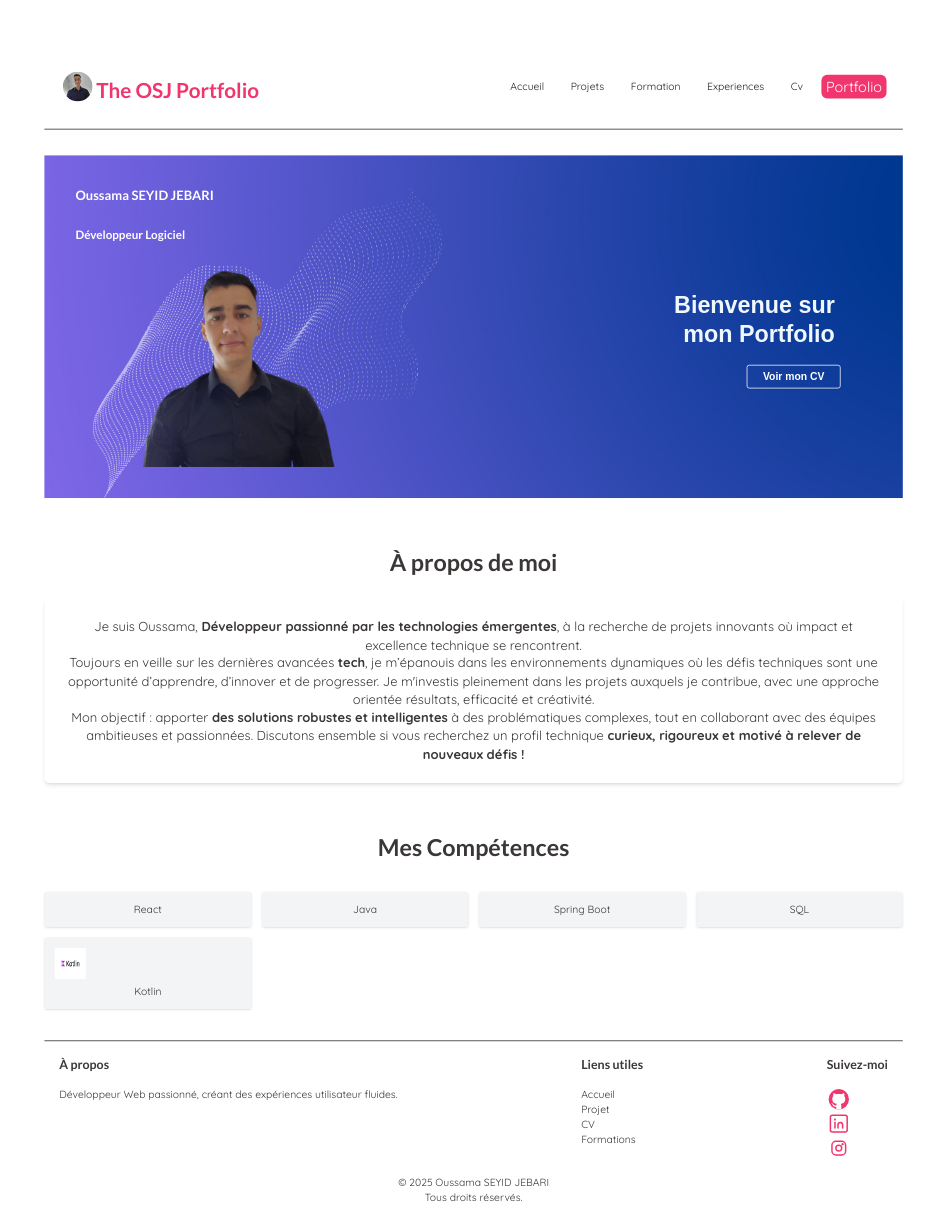
Repository: OussamSJ/Portfolio
Page: /
The author's editor kept a copy of each file at every save. The page is drawn from the files as they stood at one save, then again after the next save.
The browser window is 1280 px wide. The pictures show the whole page, at 74% of full size.
The project was rebuilt for these pictures with package versions that can differ from the ones it lists, and the page was loaded fresh each time. Also part of the build but not shown: src/BlogList.js, src/Cv.js, src/Expcomponent.js, src/Experiences.js, src/FormationComponent.js, src/Formation.js, src/projets/ProjetComponent.js, src/projets/Projet.js and 3 more.

Above is the page before, as saved 2025-07-23 12:55:21.

### public/index.html
<!DOCTYPE html>
<html lang="en">
  <head>
    <meta charset="utf-8" />
    <link rel="icon" href="%PUBLIC_URL%/Logo-Devloper.png" />
    <meta name="viewport" content="width=device-width, initial-scale=1" />
    <meta name="theme-color" content="#000000" />
    <meta
      name="description"
      content="Web site created using create-react-app"
    />
    <link rel="apple-touch-icon" href="%PUBLIC_URL%/logo192.png" />
    <!--
      manifest.json provides metadata used when your web app is installed on a
      user's mobile device or desktop. See https://developers.google.com/web/fundamentals/web-app-manifest/
    -->
    <link rel="manifest" href="%PUBLIC_URL%/manifest.json" />
    <!--
      Notice the use of %PUBLIC_URL% in the tags above.
      It will be replaced with the URL of the `public` folder during the build.
      Only files inside the `public` folder can be referenced from the HTML.

      Unlike "/favicon.ico" or "favicon.ico", "%PUBLIC_URL%/favicon.ico" will
      work correctly both with client-side routing and a non-root public URL.
      Learn how to configure a non-root public URL by running `npm run build`.
    -->
    <title>Portfolio App</title>
  </head>
  <body>
    <noscript>You need to enable JavaScript to run this app.</noscript>
    <div id="root"></div>
    <!--
      This HTML file is a template.
      If you open it directly in the browser, you will see an empty page.

      You can add webfonts, meta tags, or analytics to this file.
      The build step will place the bundled scripts into the <body> tag.

      To begin the development, run `npm start` or `yarn start`.
      To create a production bundle, use `npm run build` or `yarn build`.
    -->
  </body>
</html>

### src/index.js
import React from 'react';
import ReactDOM from 'react-dom/client';
import './index.css';
import App from './App';
import reportWebVitals from './reportWebVitals';
import 'semantic-ui-css/semantic.min.css'

const root = ReactDOM.createRoot(document.getElementById('root'));
root.render(
  <React.StrictMode>
    <App />
  </React.StrictMode>
);

// If you want to start measuring performance in your app, pass a function
// to log results (for example: reportWebVitals(console.log))
// or send to an analytics endpoint. Learn more: https://bit.ly/CRA-vitals
reportWebVitals();

### src/index.css
@import url('https://fonts.googleapis.com/css2?family=Quicksand:wght@300;400;500;600;700&display=swap');
@tailwind base;
@tailwind components;
@tailwind utilities;

/* base styles */
* {
  margin: 0;
  font-family: -apple-system, BlinkMacSystemFont, 'Segoe UI', 'Roboto', 'Oxygen',
    'Ubuntu', 'Cantarell', 'Fira Sans', 'Droid Sans', 'Helvetica Neue',
    sans-serif;
  -webkit-font-smoothing: antialiased;
  -moz-osx-font-smoothing: grayscale;
  font-family: "Quicksand";
  color: #3b3737;
}

code {
  font-family: source-code-pro, Menlo, Monaco, Consolas, 'Courier New',
    monospace;
}

.navbar {
  padding: 20px;
  display: flex;
  align-items: center;
  max-width: 1200px;
  margin: 0 auto;
  border-bottom: 1px solid #212020;

}

.navbar h1 {
  color: #f1356d;
}

.navbar .links {
  margin-left: auto;
}

.navbar a {
  margin-left: 16px;
  text-decoration: none;
  padding: 6px;
}

.navbar img {
  width: 40px;
  height: 40px;
  margin: 5px;
  object-fit: cover;
  /* remplit et rogne si besoin */
  border-radius: 50%;
  /* transforme le carré en cercle */
  display: block;
}

.navbar a:hover {
  color: #f1356d;
}


/* Responsive: cache les liens sur mobile */
.desktop-only {
  display: flex;
}

.mobile-toggle {
  display: none;
  margin-left: auto;
  cursor: pointer;
}

/* Responsive behavior */
/* Masque le menu desktop sur petits écrans */
@media (max-width: 768px) {
  .desktop-only {
    display: none !important;
  }

  .mobile-toggle {
    display: block !important;
    cursor: pointer;
  }
}


.content {
  max-width: 1200px;
  margin: 40px auto;
  padding: 20px;
}


.couverture {
  background-image:
    url("/public/couverture-portfolio.png");
  background-size: cover;
  /* couvre tout le conteneur sans déformation */
  background-position: center;
  /* centre l’image */
  background-repeat: no-repeat;
  /* pas de répétition */
  height: 100%;
  width: 100%;
  color: white;
  font-family: 'Orbitron', sans-serif;
  /* une police géométrique, proche de celle utilisée */
}



.couverture h1 {
  margin-top: 20px auto;
  margin-right: 50px;
  align-items: center;
  text-align: center;
  color: aliceblue;
  text-align: right;
  font-family: 'Agrandir Grand', sans-serif;
  /* une police futuriste */
}


.portfolio-footer {
  justify-content: space-between;
  display: flex;
  padding: 20px;
  border-top: 1px solid #212020;
}

.card-title {
  margin-bottom: 20px;

  padding: 0;
  font-size: 1.2rem;

}

.social-links a {
  list-style: none;
  all: unset;
  color: inherit;
  text-decoration: none;
  margin-left: auto;
  text-align: left;

}

.social-links img {
  width: 40%;
  height: 40%;
}


ul {
  list-style-type: none;
  padding: 0;
  margin: 0;

}

.social-links a:hover {
  color: #f1356d;
}

.footer-bottom {
  display: block;
  text-align: center;
}

ul li {
  text-align: left;

}



.not-found {
  justify-content: center;
  align-items: center;
  text-align: center;
  height: 50vh;
  margin-top: 200px;
  font-size: 3rem;
}


img-couverture {
  width: 100%;
  height: 100%;
  justify-content: flex-end;
  align-items: center;
  object-fit: fill;
  /* Remplit l'élément sans déformation */
  border-radius: 50%;
  /* Transforme le carré en cercle */
  display: flex;
}

### src/App.js
import React from 'react';
import { BrowserRouter, Routes, Route } from 'react-router-dom';
import Home from './Home';
import Navbar from './Navbar';
import Cv from './Cv';
import Footbar from './Footbar';
import Experiences from './Experiences';
import Formation from './Formation';
import ProjetDetail from './projets/ProjetDetail';
import Projet from './projets/Projet';
import Projet1 from './projets/Projet1';
import ProjetFootballPlayerSearch from './projets/ProjetFootballPlayerSearch';

function App() {
  return (
    <BrowserRouter>
      <div className="App">
        <div className='content'>
          <Routes>
            <Route path="/" element={<Home />} />
            <Route path="/cv" element={<Cv />} />
            <Route path="/experiences-professionnelle" element={<div ><Navbar /> <Experiences /><Footbar /></div>} />
            <Route path="/formation" element={<div ><Navbar /> <Formation /><Footbar /></div>} />
            <Route path="/projet" element={<div ><Navbar /> <Projet /><Footbar /></div>} />

           <Route path="/projet/:id" element={<div><Navbar /><ProjetDetail /><Footbar /></div>} />
            <Route path="*" element={
              <div >
                <Navbar />
                <h1 className='not-found' >Page introuvable</h1>
                <Footbar />
              </div>
            } />
          </Routes>
        </div>
      </div>
    </BrowserRouter>
  );
}

export default App;

### src/Home.js
import { useEffect, useState } from "react";

import BlogList from "./BlogList";
import Navbar from "./Navbar";
import Footbar from "./Footbar";


const Home = () => {
  const [blogs, setBlogs] = useState([
    { title: 'My new website', body: 'lorem ipsum...', author: 'mario', id: 1 },
    { title: 'Welcome party!', body: 'lorem ipsum...', author: 'yoshi', id: 2 },
    { title: 'Web dev top tips', body: 'lorem ipsum...', author: 'mario', id: 3 }
  ])

  const handleDelete = (id) => {
    const newBlogs = blogs.filter(blog => blog.id !== id);
    setBlogs(newBlogs);
  }


  useEffect(() => {
    console.log('use effect ran');
    console.log(blogs);
  })

  return (
    <div className="Home">
      <Navbar />
      {/* Couverture */}
      <div className="couverture flex items-center mt-10 justify-between text-white p-12 flex-wrap">

        {/* Partie gauche */}
        <div className="flex flex-col items-start space-y-4 max-w-md w-max h-max">
          <h3 className="text-xl text-white font-semibold">Oussama SEYID JEBARI</h3>
          <h3 className="text-lg text-white">Développeur Logiciel</h3>
          <div className="w-200 h-200 mt-4 ml-20 ">
            <img src="oussama_img.png" alt="photo_de_profil" className="rounded-lg object-cover w-full h-full" />
          </div>
        </div>

        {/* Partie droite */}
        <div className="text-right max-w-md mt-10 md:mt-30">
          <h1 className="text-4xl text-white font-bold mb-6 leading-tight">
            Bienvenue sur <br /> mon Portfolio</h1>
          <button className="bg-transparent text-white font-bold py-2 px-6 mr-12 rounded shadow border border-white
          hover:bg-white hover:text-blue-800 transition-colors duration-300 relative">
            Voir mon CV
          </button>
        </div>

      </div>
      <h2 className="text-4xl font-bold mb-8 text-center mt-20 ">À propos de moi</h2>
      <section className="bg-white text-gray-800 p-8 rounded-lg shadow-md my-8 w-full h-full mx-auto text-center">
        <p className="text-xl mb-6">
          Je suis Oussama,  <strong>Développeur passionné par les technologies émergentes</strong>, à la recherche de projets innovants où impact et excellence technique se rencontrent.<br />
          Toujours en veille sur les dernières avancées <strong>tech</strong>, je m’épanouis dans les environnements dynamiques où les défis techniques sont une opportunité d’apprendre, d’innover et de progresser.
          Je m'investis pleinement dans les projets auxquels je contribue, avec une approche orientée résultats, efficacité et créativité.<br />
          Mon objectif : apporter <strong>des solutions robustes et intelligentes</strong> à des problématiques complexes, tout en collaborant avec des équipes ambitieuses et passionnées.

          Discutons ensemble si vous recherchez un profil technique <strong>curieux, rigoureux et motivé à relever de nouveaux défis !</strong>
        </p>
      </section>

      <h2 className="text-4xl font-bold mb-4 text-center mt-20 ">Mes Compétences</h2>
      <section className="my-12 ">
        <div className="grid grid-cols-2 md:grid-cols-4 gap-4 text-center">
          <div className="p-4 bg-gray-100 rounded shadow">React</div>
          <div className="p-4 bg-gray-100 rounded shadow">Java</div>
          <div className="p-4 bg-gray-100 rounded shadow">Spring Boot</div>
          <div className="p-4 bg-gray-100 rounded shadow">SQL</div>
          <div className="p-4 bg-gray-100 rounded shadow"><img src="kotlin.png" alt="Kotlin" className="w-12 h-12 mb-2" /><span>Kotlin</span></div>
        </div>
      </section>



      <Footbar />
    </div>
  );
}

export default Home;

### src/Navbar.js

import React, { Component } from 'react';
import { Menu, MenuItem, MenuMenu, Icon, Sidebar } from 'semantic-ui-react';

class Navbar extends Component {

  state = {
    activeItem: 'home',
    sidebarVisible: false,
  };

  handleItemClick = (e, { name }) => this.setState({ activeItem: name });

  toggleSidebar = () => {
    this.setState(prev => ({ sidebarVisible: !prev.sidebarVisible }));
  };

  render() {
    const { activeItem, sidebarVisible } = this.state;

    return (
      <>
        {/* Navbar  */}
        <nav className="navbar">
          <img src="/photo-portfolio.jpg" alt="logo" className="logo" />
          <h1>The OSJ Portfolio</h1>
          <div className="mobile-toggle" onClick={this.toggleSidebar}>
            <Icon name="bars" size="large" />
          </div>
          <div className="links desktop-only">
            <Menu secondary>
              <MenuItem name='accueil' active={activeItem === 'accueil'} onClick={this.handleItemClick} as="a" href="/" />
              <MenuItem name='projets' active={activeItem === 'projets'} onClick={this.handleItemClick} as="a" href="/projet" />
              <MenuItem name='formation' active={activeItem === 'formation'} onClick={this.handleItemClick} as="a" href="/formation" />
              <MenuItem name='expériences' active={activeItem === 'expériences'} onClick={this.handleItemClick} as="a" href="/experiences-professionnelle" />
              <MenuItem name='cv' active={activeItem === 'cv'} onClick={this.handleItemClick} as="a" href="/cv" />
              <MenuMenu position='right'>
                <MenuItem
                  name='portfolio'
                  active={activeItem === 'portfolio'}
                  onClick={this.handleItemClick}
                  as="a"
                  href="/"
                  style={{
                    color: 'white',
                    fontSize: '1.4em',
                    backgroundColor: '#f1356d',
                    borderRadius: '8px',
                    padding: '6px',
                  }}
                />
              </MenuMenu>
            </Menu>
          </div>
        </nav>

        {/* Sidebar pour mobile */}
        <Sidebar
          as={Menu}
          animation='overlay'
          icon='labeled'
          inverted
          vertical
          visible={sidebarVisible}
          width='thin'
          direction='right'
          style={{ backgroundColor: '#3b3737'}}
          onHide={this.toggleSidebar}

        >
          <MenuItem as="a" href="/" onClick={this.toggleSidebar}>Accueil</MenuItem>
          <MenuItem as="a" href="/projet" onClick={this.toggleSidebar}>Projets</MenuItem>
          <MenuItem as="a" href="/formation" onClick={this.toggleSidebar}>Formation</MenuItem>
          <MenuItem as="a" href="/experiences-professionnelle" onClick={this.toggleSidebar}>Expériences</MenuItem>
          <MenuItem as="a" href="/cv" onClick={this.toggleSidebar}>CV</MenuItem>
          <MenuItem as="a" href="/" onClick={this.toggleSidebar} style={{ backgroundColor: '#f1356d', color: 'white', borderRadius: '8px' }}>Portfolio</MenuItem>
        </Sidebar>

      </>
    );
  }
}

export default Navbar;

### src/Footbar.js
import { color } from "framer-motion";

const Footbar = () => {
  return (
    <div className="footbar">
      {/* footbar  */}
      <footer className="portfolio-footer">

      <div className="card-deck">
        <div className="card">
        <div className="card-body">
          <h4 className="card-title">À propos</h4>
          <p className="card-text">Développeur Web passionné, créant des expériences utilisateur fluides.</p>
        </div>
        </div>
      </div>

      <div className="card-deck">
        <div className="card">
        <div className="card-body">
          <h4 className="card-title">Liens utiles</h4>
          <ul className="social-links" style={{ color: '#3b3737'}}>

          <li><a href="/">Accueil</a></li>
          <li><a href="/projet">Projet</a></li>
          <li><a href="/cv">CV</a></li>
          <li><a href="/formation">Formations</a></li>

          </ul>
        </div>
        </div>
      </div>

      <div className="card-deck">
        <div className="card">
        <div className="card-body">
          <h4 className="card-title">Suivez-moi</h4>
          <ul className="social-links">
          <li><a href="https://github.com/OussamSJ"> <img src="/github.svg" alt="GitHub"></img></a></li>
          <li><a href="https://www.linkedin.com/in/oussama-sj/"> <img src="/linkedin.svg" alt="LinkedIn"></img></a></li>
          <li><a href="https://www.instagram.com/oussama.sj/"> <img  src="/instagram.svg" alt="Instagram"></img></a></li>
          </ul>
        </div>
        </div>
      </div>

      </footer>
      <div className="footer-bottom">
      <p>© 2025 Oussama SEYID JEBARI <br /> Tous droits réservés.</p>
      </div>

    </div>

    );
}

export default Footbar;

### tailwind.config.js
/** @type {import('tailwindcss').Config} */
module.exports = {
  content: [  "./src/**/*.{js,ts,jsx,tsx}",],
  theme: {
    extend: {
      colors: {
        primary: '#f1356d', // Exemple
      },
    },
  },
  plugins: [],
}

Loaded but not shown: src/reportWebVitals.js (common file)

After the next save:
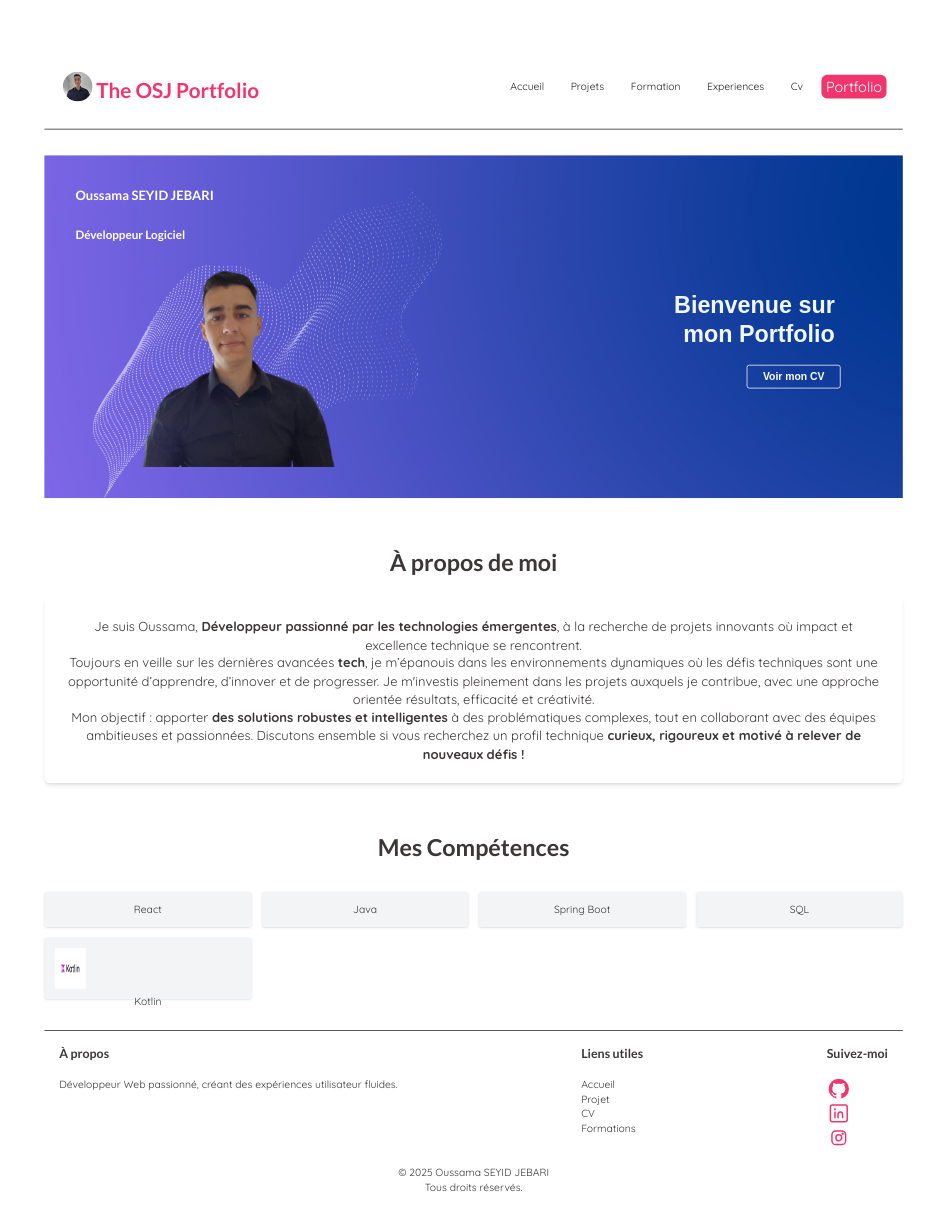
Saved 39 s later.
--- a/src/Home.js
+++ b/src/Home.js
@@ -68,7 +68,7 @@
           <div className="p-4 bg-gray-100 rounded shadow">Java</div>
           <div className="p-4 bg-gray-100 rounded shadow">Spring Boot</div>
           <div className="p-4 bg-gray-100 rounded shadow">SQL</div>
-          <div className="p-4 bg-gray-100 rounded shadow"><img src="kotlin.png" alt="Kotlin" className="w-12 h-12 mb-2" /><span>Kotlin</span></div>
+          <div className="p-4 bg-gray-100 rounded shadow"><img src="kotlin.png" alt="Kotlin" className="w-12 h-full mb-2" /><span>Kotlin</span></div>
         </div>
       </section>
 

After the save that followed:
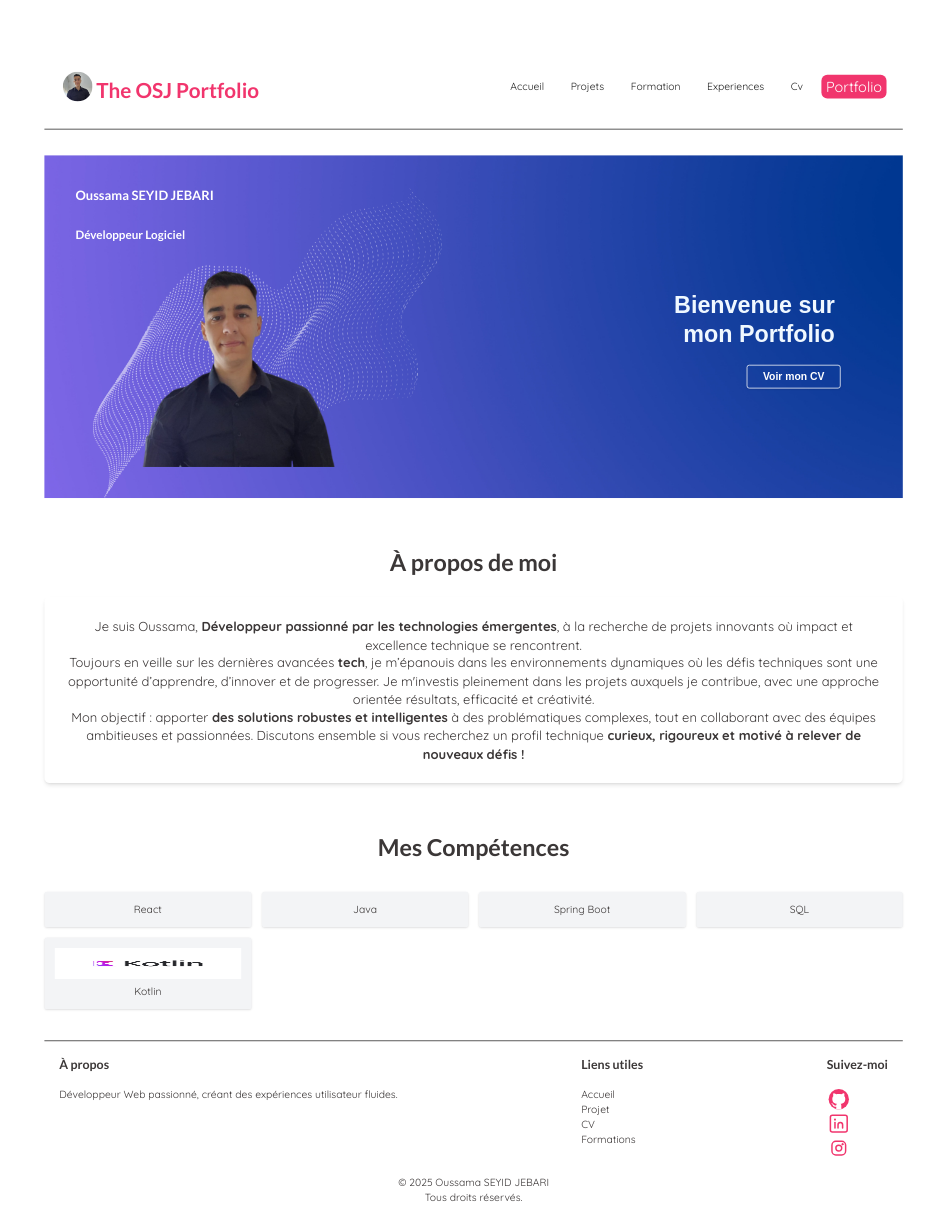
Saved 11 s later.
--- a/src/Home.js
+++ b/src/Home.js
@@ -68,7 +68,7 @@
           <div className="p-4 bg-gray-100 rounded shadow">Java</div>
           <div className="p-4 bg-gray-100 rounded shadow">Spring Boot</div>
           <div className="p-4 bg-gray-100 rounded shadow">SQL</div>
-          <div className="p-4 bg-gray-100 rounded shadow"><img src="kotlin.png" alt="Kotlin" className="w-12 h-full mb-2" /><span>Kotlin</span></div>
+          <div className="p-4 bg-gray-100 rounded shadow"><img src="kotlin.png" alt="Kotlin" className="w-full h-12 mb-2" /><span>Kotlin</span></div>
         </div>
       </section>
 
